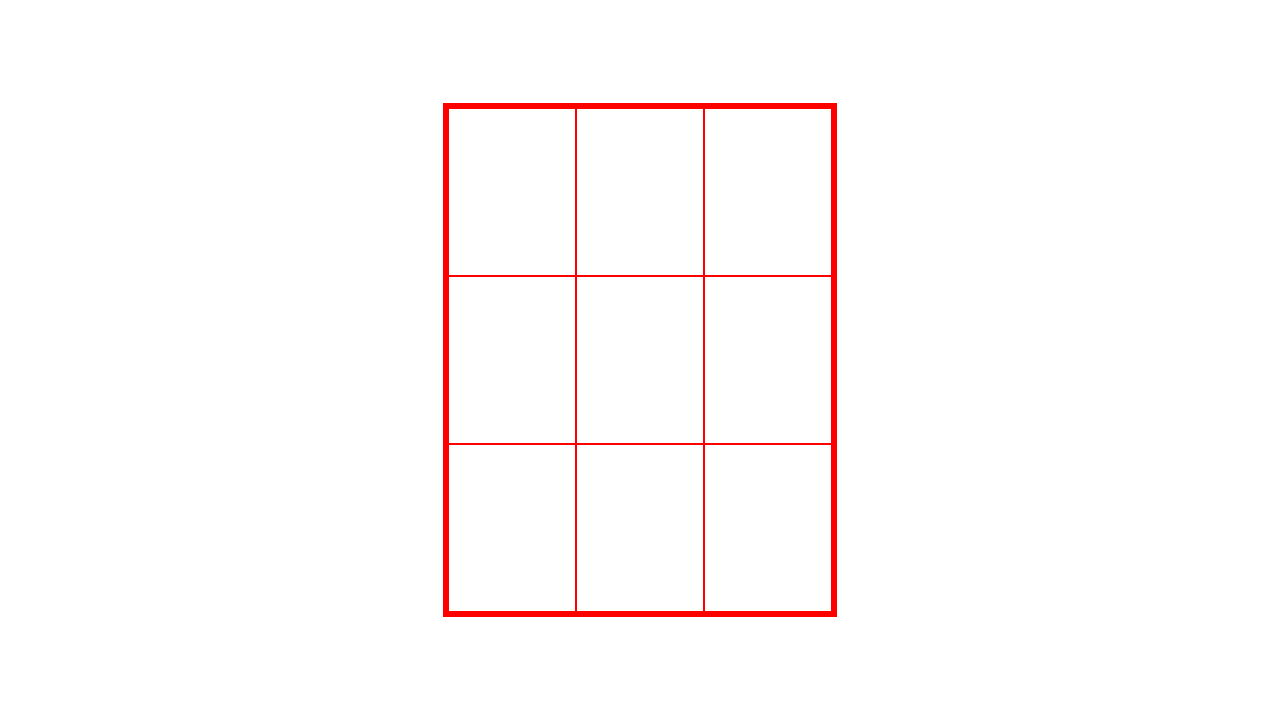
Repository: kocokoy/TOP-tic-tac-toe
Page: index.html
The author's editor kept a copy of each file at every save. The page is drawn from the files as they stood at one save, then again after the next save.
The browser window is 1280 px wide. The pictures show the whole page.

Above is the page before, as saved 2024-11-07 14:24:15.

### index.html
<!DOCTYPE html>
<html lang="en">
<head>
  <meta charset="UTF-8">
  <meta name="viewport" content="width=device-width, initial-scale=1.0">
  <link rel="stylesheet" href="/styles/style.css">
  <title>Document</title>
</head>
<body>
 <div class='container'>
  <div class="gameboard">

  </div>
 </div>
<script src="/javascripts/scripts.js"></script>
</body>
</html>

### styles/style.css
body{
  padding: 0;
  margin: 0;
  height: 100vh;
}
.container{
  height:100%;
  display: flex;
  justify-content: center;
  align-items: center;
}
.gameboard{
  display: grid;
  grid-template-columns: 1fr 1fr 1fr;
  /* gap: 10px; */
  border: 5px solid red;
  width: 30%;
  height: 70%;
}
.gameboard div{
  border: 1px solid red;
  cursor: pointer;
}

### javascripts/scripts.js
const gameBoardElement = document.querySelector('.gameboard');

const gameBoard = {
  gameBoard : []
}
const players = {
  player1: 'X',
  player2: 'O',
}

startGame();
function startGame(){
  createGameBoard()
}
function createGameBoard(){
  for(let i = 0; i < 9; i++){
    const div = document.createElement('div');
    gameBoardElement.appendChild(div);
  }
}

After the next save:
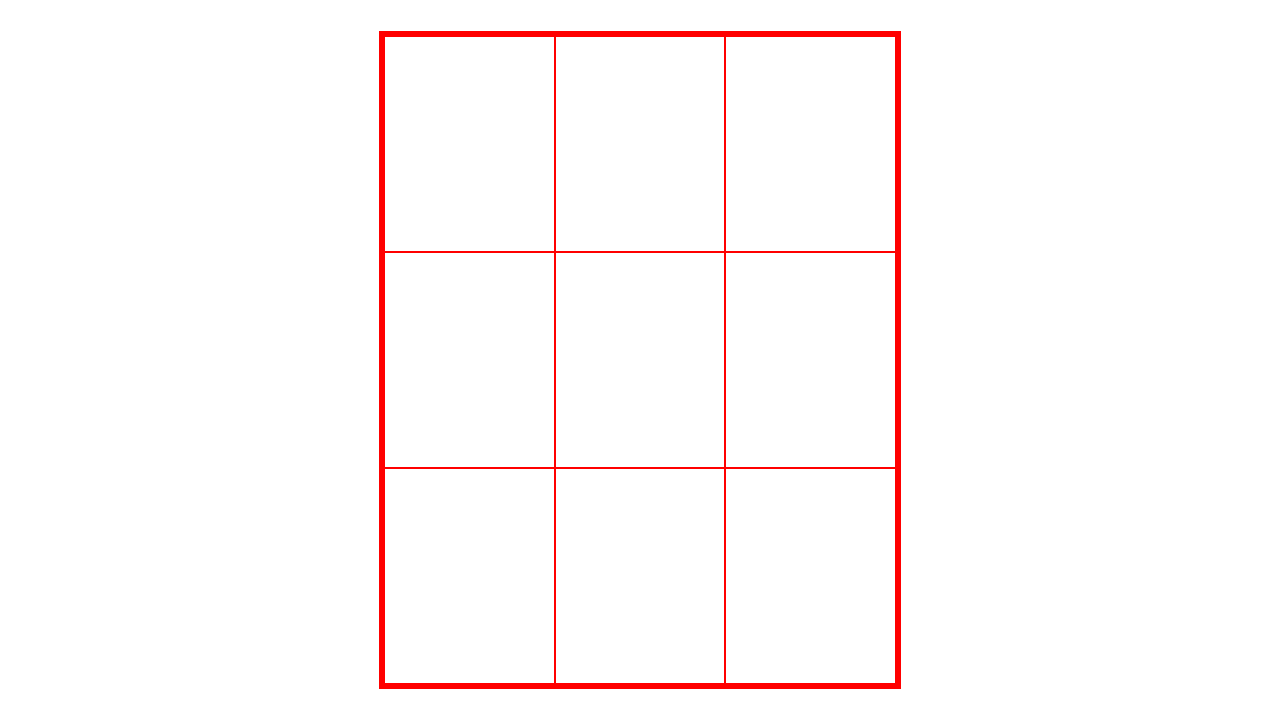
Saved 6 s later.
--- a/styles/style.css
+++ b/styles/style.css
@@ -14,8 +14,8 @@ body{
   grid-template-columns: 1fr 1fr 1fr;
   /* gap: 10px; */
   border: 5px solid red;
-  width: 30%;
-  height: 70%;
+  width: 40%;
+  height: 90%;
 }
 .gameboard div{
   border: 1px solid red;
